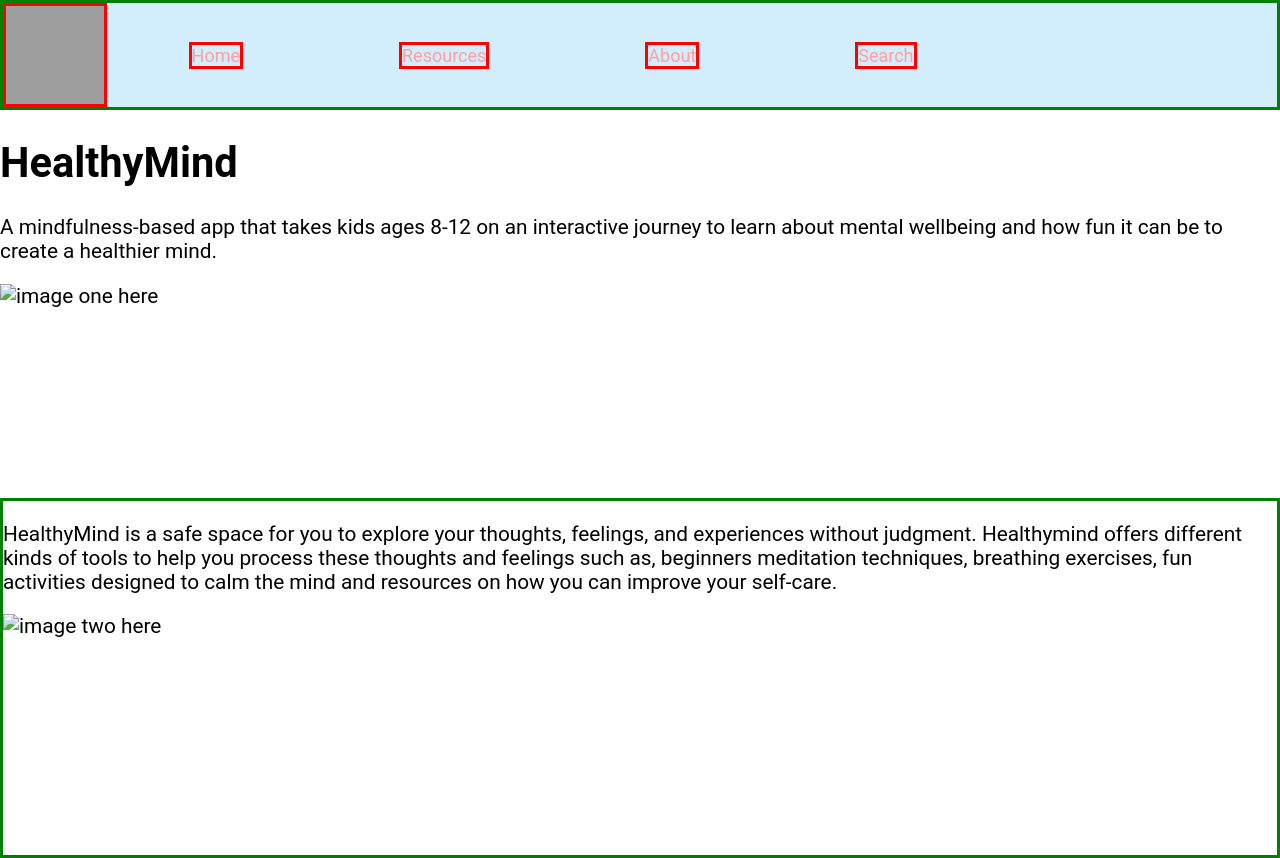
Repository: Nafisa-Huda/HealthierMind
Page: public/index.html
An editor plug-in stored every save of this project. The page is shown before and after the next save, followed by the edit.
The browser window is 1280 px wide. The pictures show the whole page.
Pictures or frames that could not be fetched are drawn as grey boxes.

Above is the page before, as saved 2022-07-11 15:57:16.

### public/index.html
<!DOCTYPE html>
<html lang="en">
<head>
    <meta charset="UTF-8">
    <meta http-equiv="X-UA-Compatible" content="IE=edge">
    <meta name="viewport" content="width=device-width, initial-scale=1.0">
    <title>HealthyMind</title>
    <link rel="stylesheet" href="/public/style.css">
</head>
<body>
    <header>
        <div class="container row">
            <img class="logo" src="https://i.ibb.co/xLGc6jC/Healthy-Mind-logo.png" alt="healthy-mind-logo">
        <nav class="nav">
            <ul class="nav__list">
                <li class="nav__item"><a href="#" class="nav__link">Home</a></li>
                <li class="nav__item"><a href="#" class="nav__link">Resources</a></li>
                <li class="nav__item"><a href="#" class="nav__link">About</a></li>
                <li class="nav__item"><a href="#" class="nav__link">Search</a></li>
            </ul>
        </nav>
        </div>
    </header>

    <!-- <section class="hero main"> -->
        <div class="hero main ">
            <div class="hero__text">
                <h1>HealthyMind</h1>
                <p>A mindfulness-based app that takes kids ages 8-12 on an interactive journey to learn about mental wellbeing and how fun it can be to create a healthier mind. </p>
            </div>
            <img class="hero__img" src="#" alt="image one here" srcset="">
        </div>
    </section>

    <main class="main container">
        <section class="primary-content">
            <p>HealthyMind is a safe space for you to explore your thoughts, feelings, and experiences without judgment. Healthymind offers different kinds of tools to help you process these thoughts and feelings such as, beginners meditation techniques, breathing exercises, fun activities designed to calm the mind and resources on how you can improve your self-care.</p>
            <img class="main__img" src="" alt="image two here" srcset="">
        </section>
</main>

<script src="/public/main.js"></script>
</body>
</html>

### public/style.css
*, *::before, *::after {
    box-sizing: border-box;
}

body {
    margin: 0;
    max-width: 100%;
    font-family: 'Roboto', sans-serif;
    font-size: 1.3rem;
}
html{
  scroll-behavior: smooth;
  scroll-padding-top: (--scroll-padding,100px);
}
/*scrollbar*/
::-webkit-scrollbar{
  width: 0.7em;
}
::-webkit-scrollbar-track{
  background: antiquewhite;
}
::-webkit-scrollbar-thumb{
  background: #FFE170;
}
header{
  background-color: #d2edfc;
  height: 10%;
}

img {
    max-width: 100%;
}

/* home page */

.container {
    width: 100vw;
    margin: 0 auto;
    border: 3px green solid;
}
.main{
  height: 50vh;
}



.row {
    display: flex;
    justify-content: space-between;
    align-items: center;
    width: 100%;
}

.logo {
    width: 5em;
    height: 5em;
    margin-right: 2em;
    border: 3px red solid;
}

.nav {
    display: flex;
    justify-content: space-between;
    align-items: center;
    flex-grow: 1;
}

.nav__list {
    margin: 0;
    padding-right: 1em;
    list-style: none;

    display: flex;
    align-items: center;

    font-size: 1rem;
}

.nav__item + .nav__item {
    margin-left: 60%;
}

.nav__link {
    border: 3px red solid;
    text-decoration: none;
    font-size: large;
    color: #FF9F9F;
}

.nav__link--button {
    padding: .25em 1em;
}

.nav__link:hover {
    opacity: .75;
}



/* activities page */

.activities-header{
  background-color: #A8E0FF;
  height: 20rem;
  width: 100%;
  border-bottom: solid #fff 4px;
}

.title{
  display: flex;
  flex-direction: column;
  align-items: center;
  padding-top: 3rem;
  color: #fff;
}


.activities-container{
  display: flex;
  flex-wrap: wrap;
  justify-content: center;
  background-color: #FFF9A6;
}

.scene {
  width: 20rem;
  height: 20rem;
  margin: 3rem;
  perspective: 600px;
}

.card {
  width: 100%;
  height: 100%;
  cursor: pointer;
  transform-style: preserve-3d;
  transform-origin: center right;
  transition: transform 1s;
}

.card.is-flipped {
  transform: translateX(-100%) rotateY(-180deg);
}

.face {
  position: absolute;
  width: 100%;
  height: 100%;
  line-height: 260px;
  color: #fff;
  text-align: center;
  font-weight: bold;
  font-size: larger;
  backface-visibility: hidden;
}

.front {
  background-color: #FF9F9F;
}

.back {
  background-color: #FF9F9F;
  transform: rotateY(180deg);
}

### public/main.js
const cards = document.querySelectorAll('.card');
[...cards].forEach((card)=>{
    card.addEventListener('click', () =>{
        card.classList.toggle('is-flipped')
    })
});

After the next save:
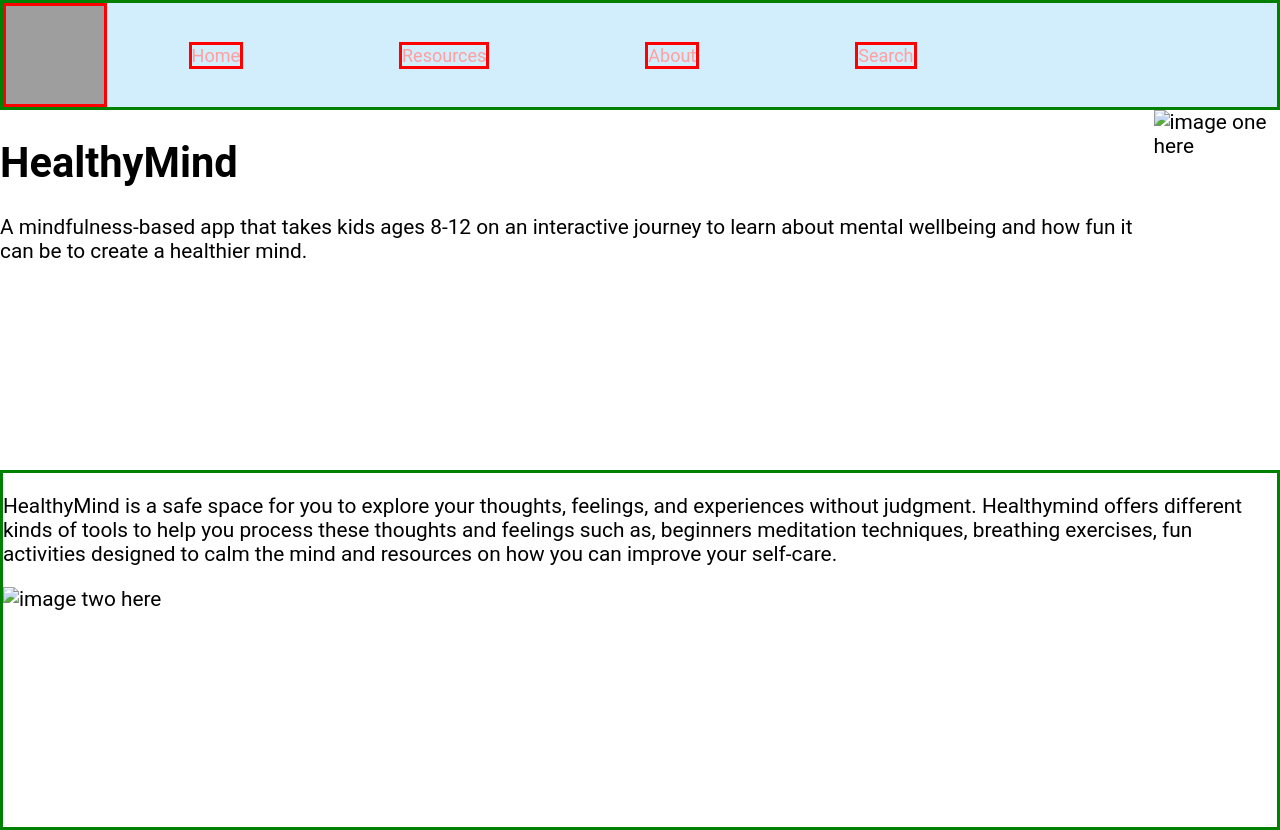
Saved 75 s later.
--- a/public/style.css
+++ b/public/style.css
@@ -42,8 +42,9 @@ img {
   height: 50vh;
 }
 
-
-
+.hero{
+  display: flex;
+}
 .row {
     display: flex;
     justify-content: space-between;
